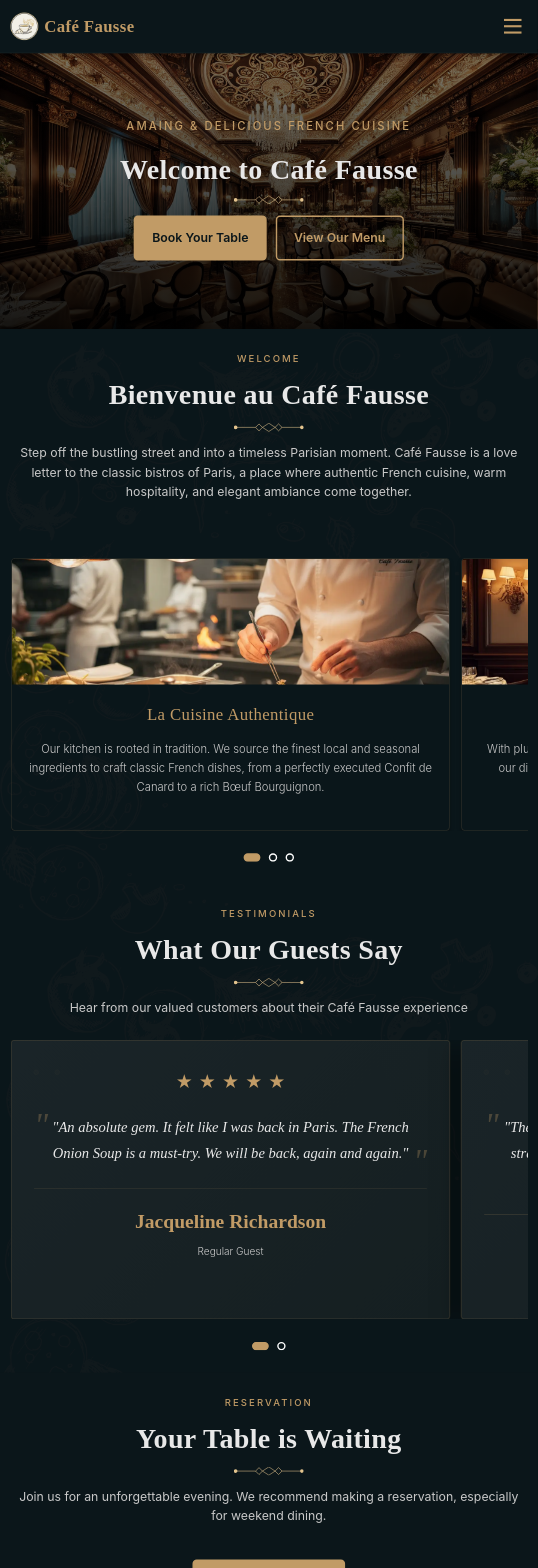
Repository: MatVanDenArt/MSSE-Cafe-Fausse
Page: / (app in frontend/)
These files come from the project's save history. The page is drawn as it stood at one moment and after the next save; the edit follows.
The browser window is 768 px wide. The pictures show the part of the page from y = 0 to 2240 px (the page is 3223 px tall), at 70% of full size.
Backgrounds fixed to the window are drawn as part of the page. The project was rebuilt for these pictures with package versions that can differ from the ones it lists, and the page was loaded fresh each time. Also part of the build but not shown: frontend/src/pages/Menu.js, frontend/src/pages/Reservations.css, frontend/src/pages/Reservations.js, frontend/src/pages/About.js, frontend/src/pages/Gallery.css, frontend/src/pages/Gallery.js.

Above is the page before, as saved 2025-11-06 19:43:07.

After the next save:
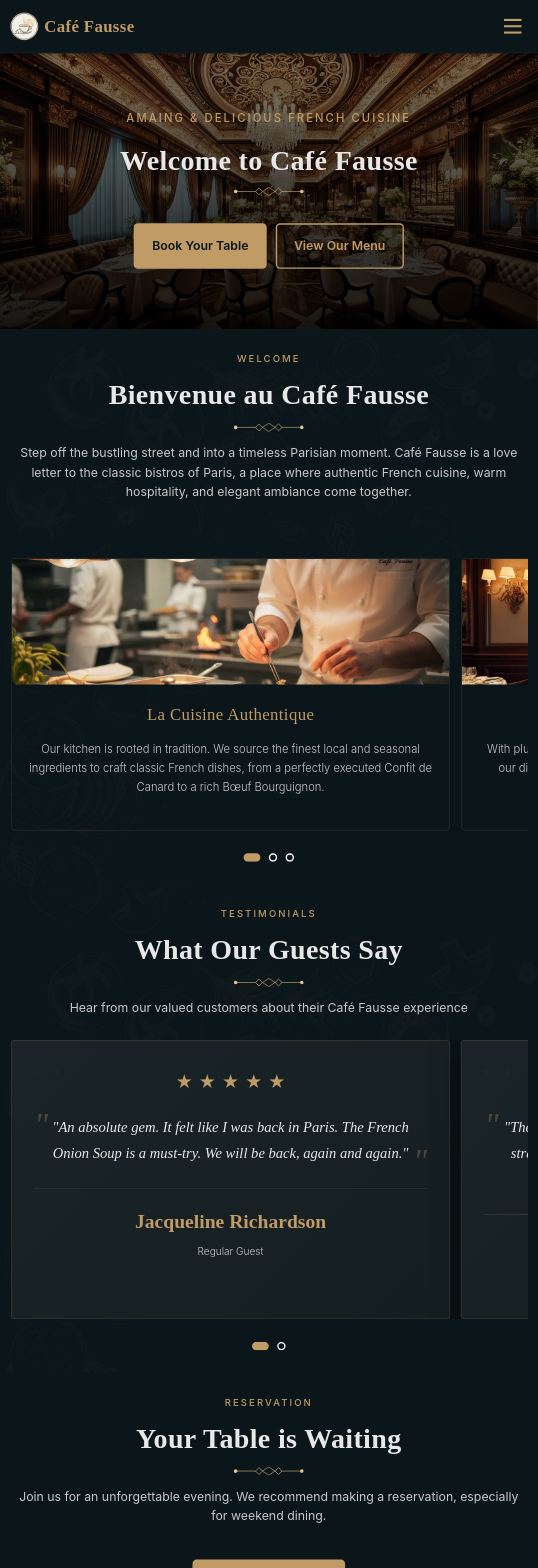
Saved 17 s later.
--- a/frontend/src/pages/About.css
+++ b/frontend/src/pages/About.css
@@ -432,7 +432,7 @@
     font-size: 1rem;
   }
 
-  .separator {
+  .about .separator {
     justify-content: center;
     display: flex;
   }
